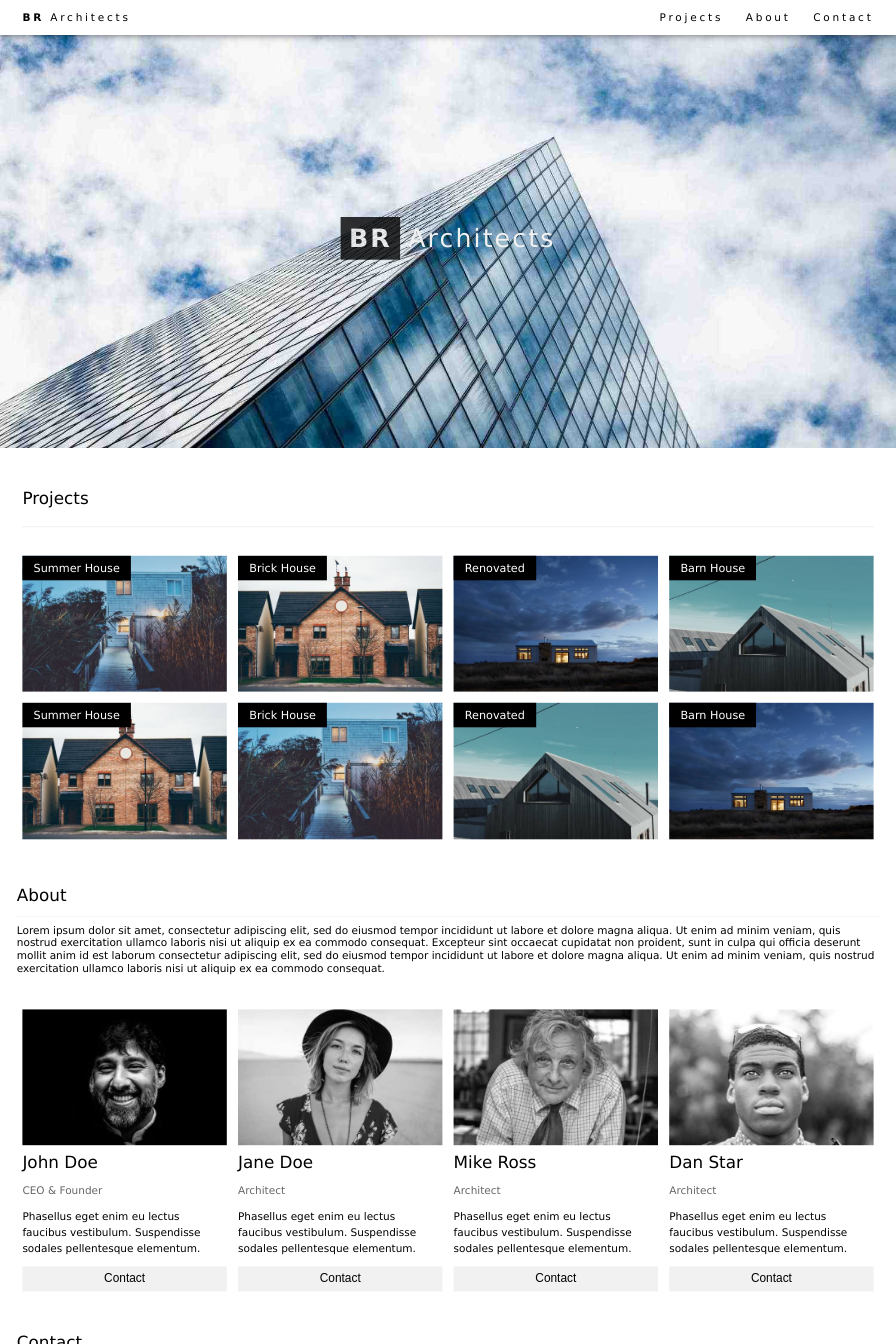
Repository: xd25vn/architects
Page: index.html
The author's editor kept a copy of each file at every save. The page is drawn from the files as they stood at one save, then again after the next save.
The browser window is 1280 px wide. The pictures show the part of the page from y = 0 to 1920 px (the page is 3110 px tall before and 3126 px after), at 70% of full size.

Above is the page before, as saved 2023-08-16 17:49:09.

### index.html
<html lang="en">
<head>
    <meta charset="UTF-8">
    <meta name="viewport" content="width=device-width, initial-scale=1.0">
    <title>W3 ARCHITECT</title>
    <link rel="stylesheet" href="./assets/css/style.css">
</head>
<body>
    <header>
            <ul id="nav">

            <div class="nav-item-left">
                <li><a href="" class="text-dec"><b>BR</b> Architects</a></li>
            </div>

            <div class="nav-item-right">
                <li><a href="" class="text-dec">Projects</a></li>
                <li><a href="" class="text-dec">About</a></li>
                <li><a href="" class="text-dec">Contact</a></li>
            </div>
            <div class="clear"></div>
            </ul>
    </header>

    <!-- BEGIN MENU MOBILE -->
    <div class="menu-mobile">
        <i class="ti-menu button-mobile"></i>
    </div>
    <!-- END MENU MOBILE -->

    <div id="sidebar">
        <h1>
            <span class="side-1"><b>BR</b></span>
            <span class="side-2">Architects</span>
        </h1>
    </div>

    <div id="content">
        <div class="projects">
            <div class="project-item-head">
                <h3>Projects</h3>
                <hr style="opacity: 0.2;">
            </div>

            <div class="projects-img">
                <div class="img-items">
                    <img src="./assets/img/projects/house1.jpg" style="width: 100%" alt="HOUSE">
                    <div class="texts">Summer House</div>
                </div>

                <div class="img-items">
                    <img src="./assets/img/projects/house2.jpg" style="width: 100%" alt="HOUSE">
                    <div class="texts">Brick House</div>
                </div>

                <div class="img-items">
                    <img src="./assets/img/projects/house3.jpg" style="width: 100%" alt="HOUSE">
                    <div class="texts">Renovated</div>
                </div>

                <div class="img-items">
                    <img src="./assets/img/projects/house4.jpg" style="width: 100%" alt="HOUSE">
                    <div class="texts">Barn House</div>
                </div>

                <div class="img-items">
                    <img src="./assets/img/projects/house2.jpg" style="width: 100%" alt="HOUSE">
                    <div class="texts">Summer House</div>
                </div>

                <div class="img-items">
                    <img src="./assets/img/projects/house1.jpg" style="width: 100%" alt="HOUSE">
                    <div class="texts">Brick House</div>
                </div>

                <div class="img-items">
                    <img src="./assets/img/projects/house4.jpg" style="width: 100%" alt="HOUSE">
                    <div class="texts">Renovated</div>
                </div>

                <div class="img-items">
                    <img src="./assets/img/projects/house3.jpg" style="width: 100%" alt="HOUSE">
                    <div class="texts">Barn House</div>
                </div>


        </div>
        </div>


        <div class="about">
            <div class="section-head">
                <h3>About</h3>
                <p>Lorem ipsum dolor sit amet, consectetur adipiscing elit, sed do eiusmod tempor incididunt ut labore et dolore magna aliqua. Ut enim ad minim veniam, quis nostrud exercitation ullamco laboris nisi ut aliquip ex ea commodo consequat. Excepteur sint occaecat cupidatat non proident, sunt in culpa qui officia deserunt mollit anim id est laborum consectetur adipiscing elit, sed do eiusmod tempor incididunt ut labore et dolore magna aliqua. Ut enim ad minim veniam, quis nostrud exercitation ullamco laboris nisi ut aliquip ex ea commodo consequat.</p>
            </div>

            <div class="section-list-contact">
            <div class="section-imgs">
                <div class="imgs-contact">
                    <img src="./assets/img/contact/team1.jpg" style="width: 100%;" alt="CONTACT">

                    <div class="text-contact">
                        <h3>John Doe</h3>
                        <p class="position-design">CEO & Founder</p>
                        <p>Phasellus eget enim eu lectus faucibus vestibulum. Suspendisse sodales pellentesque elementum.</p>
                        <button><a href="">Contact</a></button>
                    </div>
                </div>
            </div>

            <div class="section-imgs">
                <div class="imgs-contact">
                    <img src="./assets/img/contact/team2.jpg" style="width: 100%;" alt="CONTACT">

                    <div class="text-contact">
                        <h3>Jane Doe</h3>
                        <p class="position-design">Architect</p>
                        <p>Phasellus eget enim eu lectus faucibus vestibulum. Suspendisse sodales pellentesque elementum.</p>
                        <button><a href="">Contact</a></button>
                    </div>
                </div>
            </div>

            <div class="section-imgs">
                <div class="imgs-contact">
                    <img src="./assets/img/contact/team3.jpg" style="width: 100%;" alt="CONTACT">

                    <div class="text-contact">
                        <h3>Mike Ross</h3>
                        <p class="position-design">Architect</p>
                        <p>Phasellus eget enim eu lectus faucibus vestibulum. Suspendisse sodales pellentesque elementum.</p>
                        <button><a href="">Contact</a></button>
                    </div>
                </div>
            </div>

            <div class="section-imgs">
                <div class="imgs-contact">
                    <img src="./assets/img/contact/team4.jpg" style="width: 100%;" alt="CONTACT">

                    <div class="text-contact">
                        <h3>Dan Star</h3>
                        <p class="position-design">Architect</p>
                        <p>Phasellus eget enim eu lectus faucibus vestibulum. Suspendisse sodales pellentesque elementum.</p>
                        <button><a href="">Contact</a></button>
                    </div>
                </div>
            </div>
        </div>
        </div>

        <div class="contact">
            <div class="text-head">
                <h3>Contact</h3>
                <p>Lets get in touch and talk about your next project.</p>
            </div>
            <form action="">
            <div class="input-form">
                <input type="text" class="form-control" placeholder="Name" required>

                <input type="email" class="form-control" placeholder="Email" required>

                <input type="text" class="form-control" placeholder="Subject" required>

                <input type="text" class="form-control" placeholder="Comment" required>
            </div>
            <input type="submit" class="btn-submit" value="SEND MESSAGE">
        </form>

        <div class="img-cuoi">
            <img src="./assets/img/map.jpg" alt="MAP" style="width: 100%;">
        </div>
        </div>
        <footer>
            <div class="text-foot">
                <p>Powered by <a href="">w3.css</a></p>
            </div>
        </footer>
    </div>
</body>
</html>

### assets/css/style.css
/* RESET CSS */
* {
    margin: 0;
    padding: 0;
    box-sizing: border-box;
}
/* END RESET CSS */

/* COMMON */
html {
    font-family: Verdana, sans-serif;
}

.text-dec {
    text-decoration: none;
    color: #000;
}

.clear {
    clear: both;
}
/* END COMMON */

#nav {
    background: #fff;
    box-shadow: 0 0 10px rgba(0, 0, 0, 0.6);
    padding: 8px 16px;
    width: 100%;
    position: fixed;
    z-index: 1;
}

#nav li {
    display: flex;
    list-style: none;
    font-size: 15px;
}

#nav .nav-item-left {
    float: left;
}

#nav .nav-item-left li {
    padding: 8px 16px;
    letter-spacing: 4px;
}

#nav .nav-item-left li:hover {
    background: #ccc;
    display: block;
}

#nav .nav-item-right {
    float: right;
    display: flex;
    justify-content: space-between;
    letter-spacing: 4px;
}

#nav .nav-item-right li {
    padding: 8px 16px;
}

#nav .nav-item-right li:hover {
    background: #ccc;
    display: block;
}

#sidebar {
    background: url(/assets/img/sidebar1.jpg) left top / cover no-repeat;
    padding-top: 50%;
    position: relative;
}

#sidebar h1 {
    position: absolute;
    color: #f1f1f1;
    left: 50%;
    top: 50%;
    transform: translateX(-50%);
    font-weight: 500;
    font-size: 36px;
}

#sidebar .side-1 {
    background: #000;
    padding: 10px 12px;
    opacity: 0.8;
    letter-spacing: 3px;
}

#sidebar .side-2 {
    letter-spacing: 3px;
}

#content .projects {
    padding: 0 24px;
}

#content .project-item-head {
    padding: 32px 8px;
}

#content .project-item-head h3 {
   padding: 16px 0;
   margin: 10px 0;
   font-weight: 400;
   font-size: 24px;
}

.projects-img {
    display: flex;
    flex-wrap: wrap;
    justify-content: space-between;
}

.img-items {
    width: calc(100% / 4);
    height: auto;
    padding: 8px 8px;
    position: relative;
}

.projects .projects-img .texts {
    position: absolute;
    top: 8;
    left: 8;
    background: #000;
    color: #fff;
    padding: 8px 16px;
}

.about .section-head {
    padding: 32px 24px;
    padding-bottom: 50px;
}

.about .section-head h3 {
    font-size: 24px;
    font-weight: 400;
    border-bottom: 1px solid #f1f1f1;
    padding: 16px 0;
    margin: 10px 0;
}

.about .section-head p {
    font-size: 15px;
    font-weight: normal;
}

.about .section-list-contact .section-imgs {
    width: 25%;
    padding: 0 8px;
}

.about .section-list-contact {
    display: flex;
    padding: 0 24px;
}

.section-list-contact .section-imgs .imgs-contact img {
    -webkit-filter: grayscale(1);
    filter: grayscale(1);
}

.section-list-contact .section-imgs:hover img {
    -webkit-filter: grayscale(0);
    filter: grayscale(0);
    transition: all 0.25s linear;
}

.section-list-contact .section-imgs .text-contact h3 {
    font-weight: 400;
    font-size: 24px;
    margin: 10px 0;
}

.section-list-contact .section-imgs .text-contact .position-design {
    opacity: 0.6;
}

.section-list-contact .section-imgs .text-contact p {
    margin: 15px 0;
    font-size: 15px;
    line-height: 1.5;
}

.section-list-contact .section-imgs button {
    padding: 8px 16px;
    width: 100%;
    border: none;
    background: #f1f1f1;
    font-size: 17px;
}

.section-list-contact .section-imgs button:hover {
    background: #ccc;
    cursor: pointer;
}

.section-list-contact .section-imgs button a {
    color: #000;
    text-decoration: none;
    text-align: center;
}

#content .contact {
    padding: 32px 24px;
}

.contact .text-head h3 {
    border-bottom: 1px solid #f1f1f1;
    padding: 16px 0;
    margin: 10px 0;
    font-size: 24px;
    font-weight: 400;
}

.contact .text-head p {
    margin: 15px 0;
    font-size: 15px;
}

.contact .input-form .form-control {
    width: 100%;
    padding: 10px;
    border: 1px solid #ccc;
    outline: none;
    margin: 8px 0;
    font-size: 17px;
}

.contact form .btn-submit {
    background: #000;
    color: white;
    font-size: 15px;
    margin: 18px 0;
    padding: 8px 16px;
    border: 1px solid #000;
}

.contact form .btn-submit:hover {
    cursor: pointer;
    background-color: #ccc;
    color: #000;
    border: 1px solid #ccc;
    transition: all 0.25s linear;
}

.contact .img-cuoi {
    margin-top: 28px;
}

.contact .img-cuoi img {
    background-repeat: no-repeat;
    height: auto;
}

footer {
    background: #000;
    width: 100%;
    padding: 16px 0;
    margin-top: -24px;
}

footer .text-foot {
    margin: 15px 0;
    text-align: center;
    color: white;
}

footer .text-foot a {
    color: #fff;
    font-size: 15px;
}

footer .text-foot a:hover {
    color: green;
}

Loaded but not shown: assets/fonts/themify-icons-font/themify-icons/themify-icons.css (common file)

After the next save:
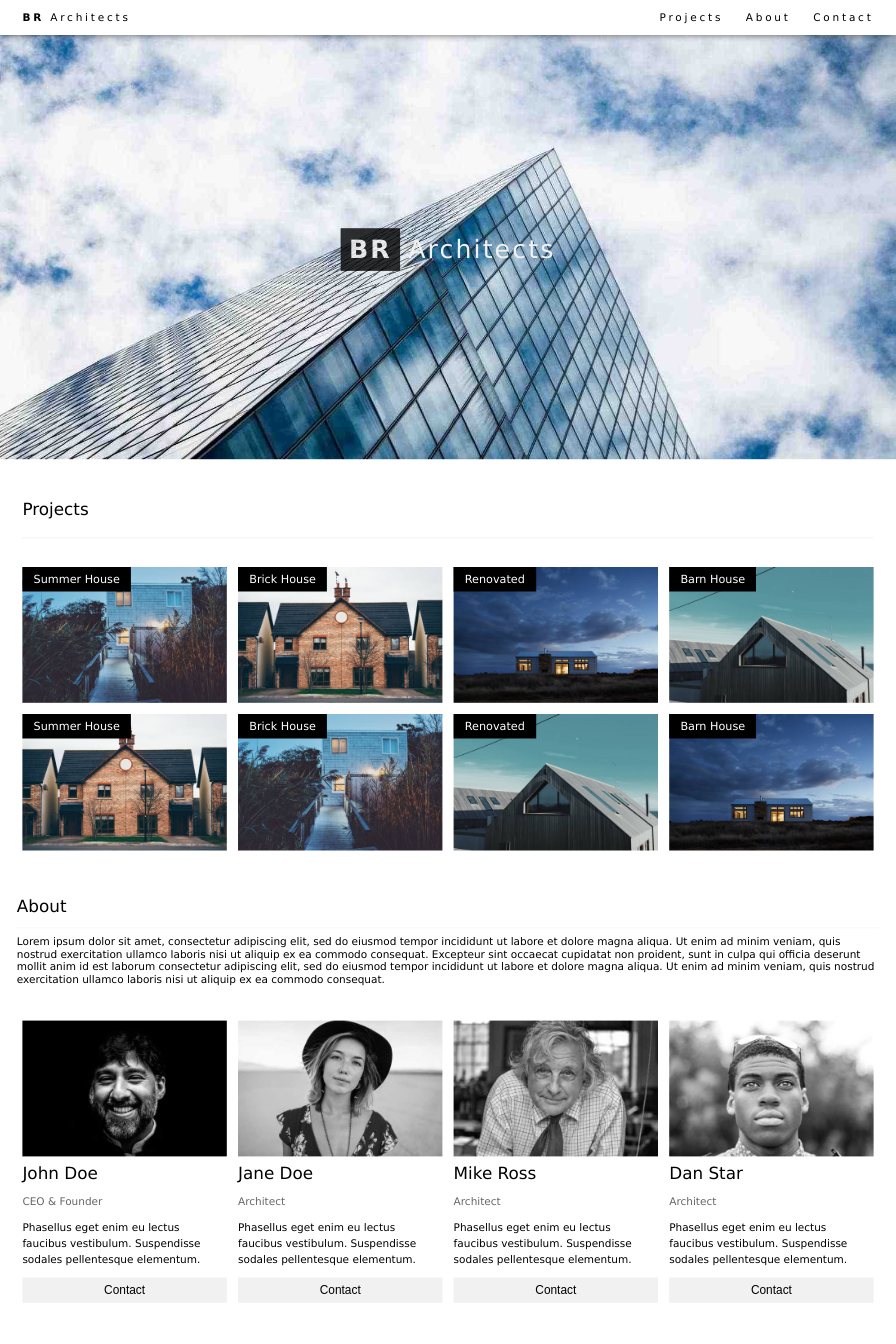
Saved 50 s later.
--- a/index.html
+++ b/index.html
@@ -4,6 +4,7 @@
     <meta name="viewport" content="width=device-width, initial-scale=1.0">
     <title>W3 ARCHITECT</title>
     <link rel="stylesheet" href="./assets/css/style.css">
+    <link rel="stylesheet" href="./assets/fonts/themify-icons-font/themify-icons/themify-icons.css">
 </head>
 <body>
     <header>
